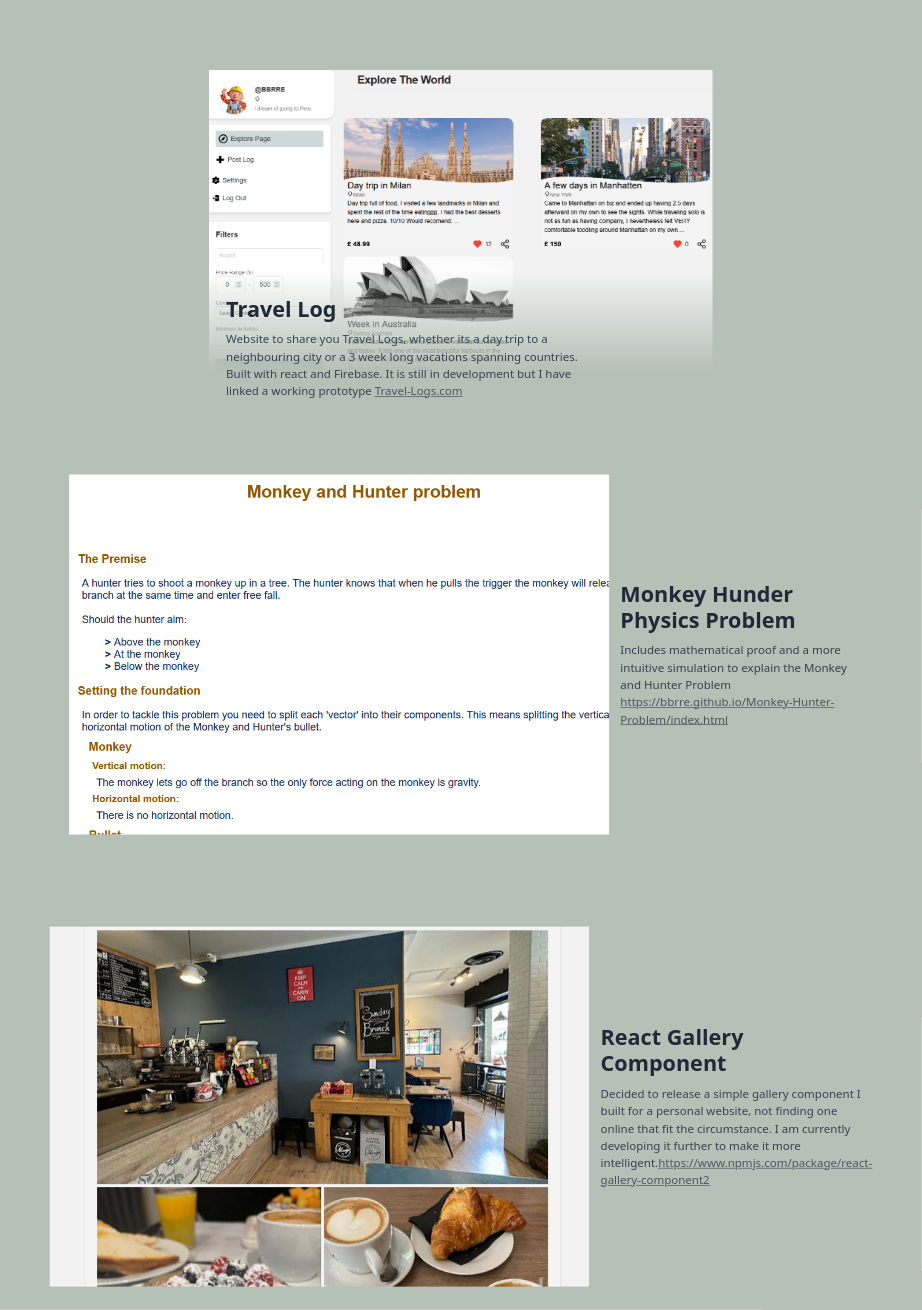
Repository: BBRRE/Portfolio-V2
Page: /#/Computer-Sci
An editor plug-in stored every save of this project. The page is shown before and after the next save, followed by the edit.
The browser window is 1280 px wide. The pictures show the whole page, at 72% of full size.
Some web fonts or font styles are not loaded; a fallback is used. The project was rebuilt for these pictures with package versions that can differ from the ones it lists, and the page was loaded fresh each time. Also part of the build but not shown: vite.config.js, src/Subjects/Archi.jsx, src/Subjects/EEng.jsx, src/Subjects/Other.jsx, src/Projects Overview.jsx, src/HomePage.jsx, src/ErrorBoundary.jsx.

Above is the page before, as saved 2024-11-29 09:12:33.

After the next save:
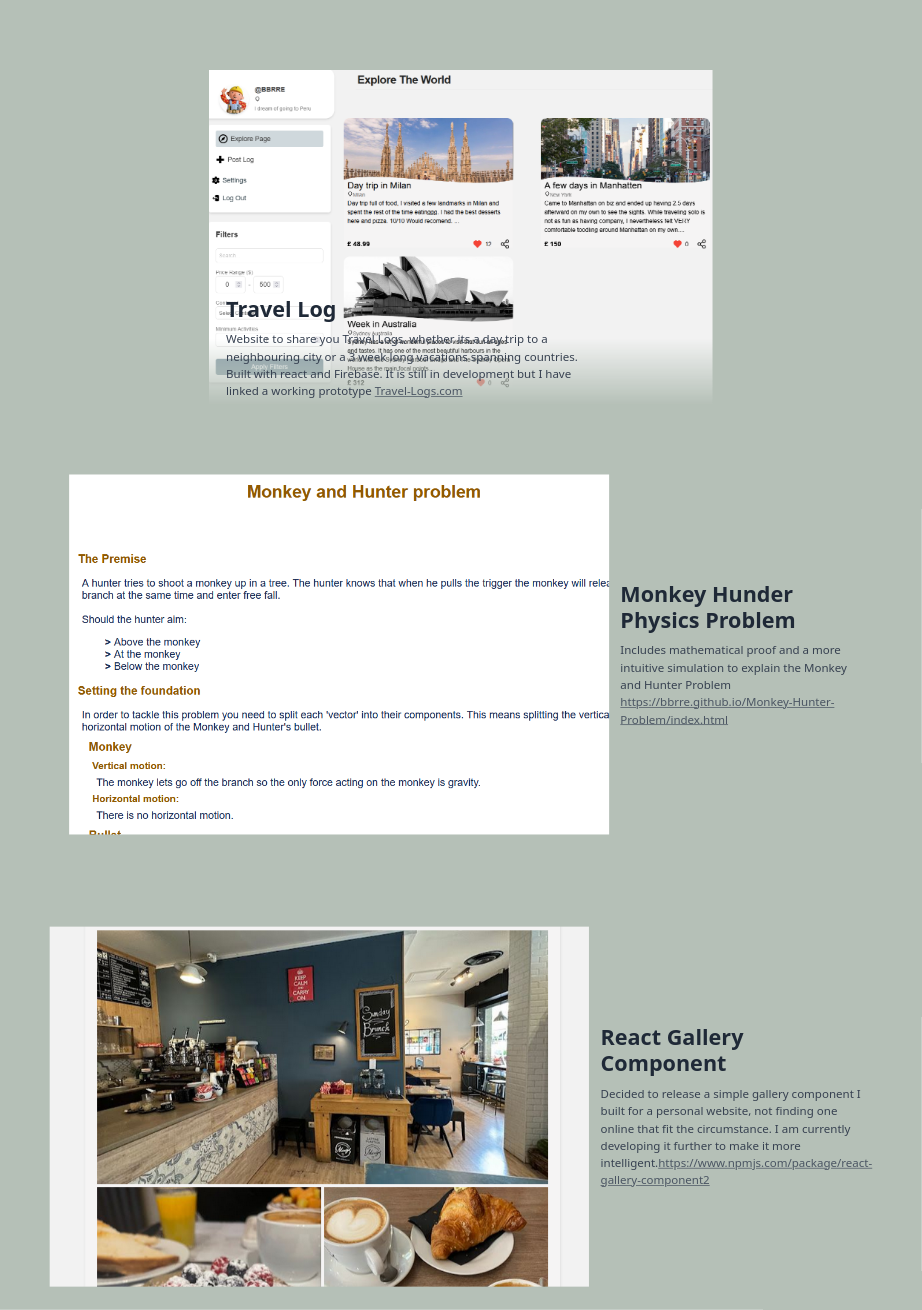
Saved 10 s later.
--- a/src/Subjects/CompSci.jsx
+++ b/src/Subjects/CompSci.jsx
@@ -7,7 +7,7 @@ const CompSci = () => {
   return (
     <div className='bg-[#B5C0B7] w-full h-auto min-h-screen grid grid-cols-1'>
       <div className='relative mx-auto mt-24 w-[700px]'>
-        <img src={cs} style={{WebkitMaskImage: 'linear-gradient(to top, transparent 10%, black 40%)'}} />
+        <img src={cs} style={{WebkitMaskImage: 'linear-gradient(to top, transparent 0%, black 20%)'}} />
         <div className=" absolute bottom-2 left-2 flex flex-col ml-4 gap-3 justify-center">
           <h2 className=" text-left text-xl md:text-2xl lg:text-3xl font-semibold text-gray-800">
             Travel Log
